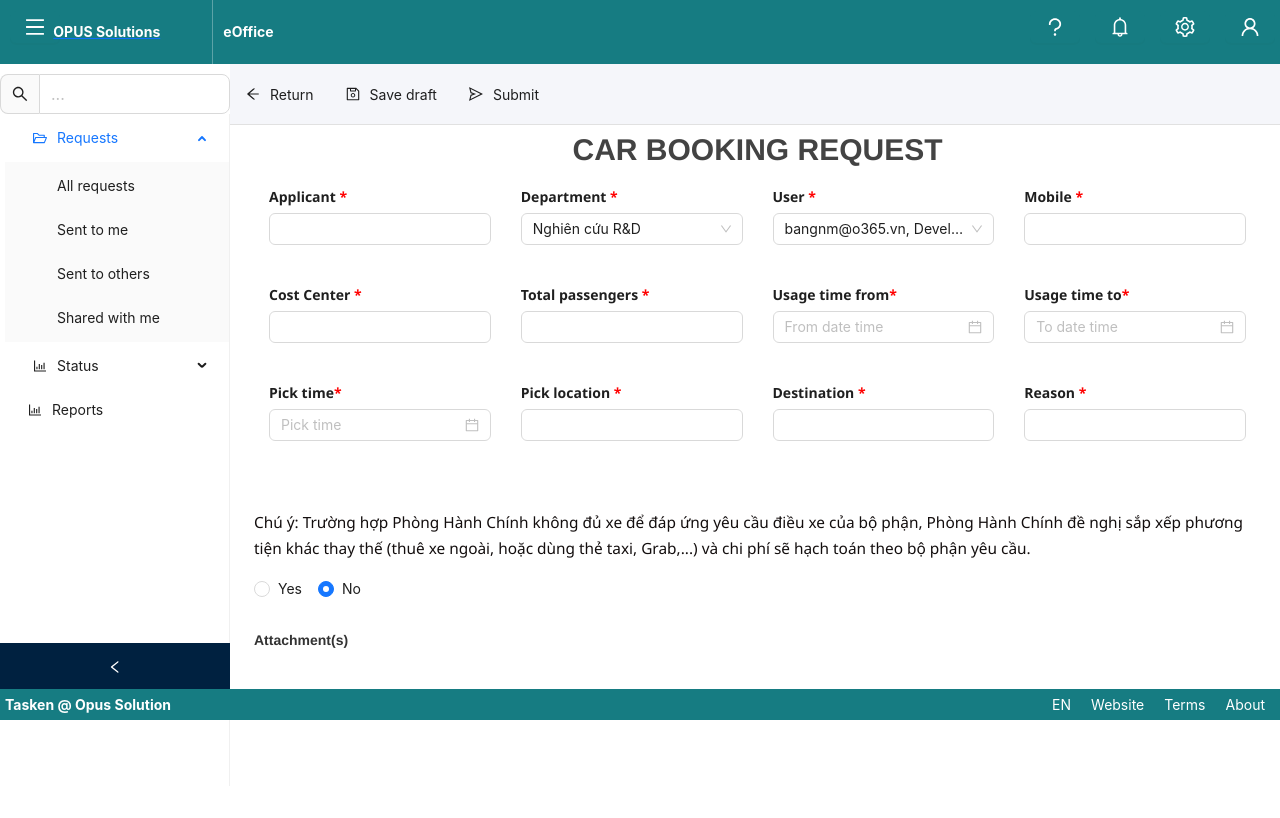
Repository: vannam272008/car-booking
Page: /request/addrequest
An editor plug-in stored every save of this project. The page is shown before and after a run of saves, followed by the edit.
The browser window is 1280 px wide. The pictures show the whole page.
The project was rebuilt for these pictures with package versions that can differ from the ones it lists, and the page was loaded fresh each time. Also part of the build but not shown: src/Components/DetailRequest/Comments/comment.tsx, src/Components/DetailRequest/Menu/menu.tsx, src/Components/DetailRequest/Detail/detail.tsx, src/Pages/ManageRequest/index.css, src/Pages/ManageRequest/ManageRequest.tsx, src/Components/AddRequest/AddRequest/addRequest.css. Imported but missing from the stored project, and not drawn on this page: src/Pages/Home.

Above is the page before, as saved 2023-07-06 17:09:48.

After the next 2 saves:
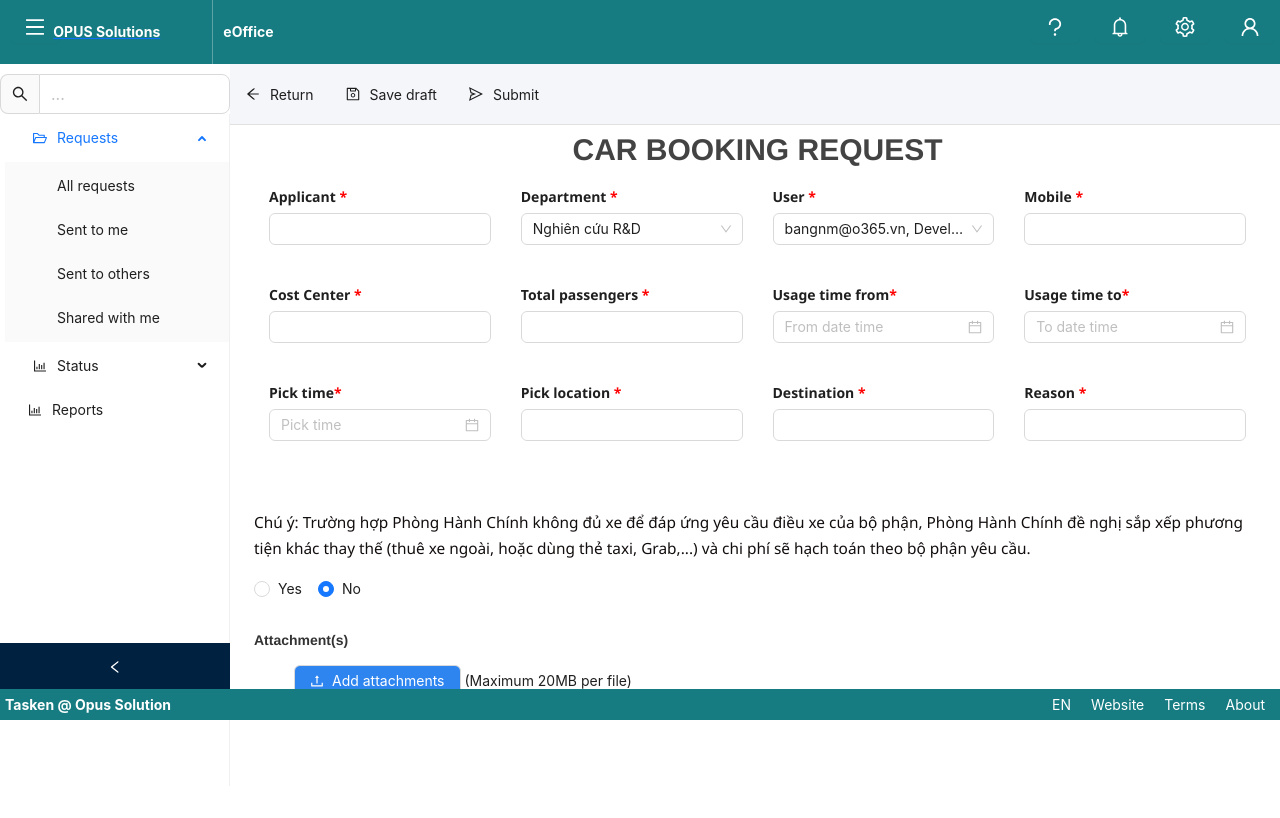
The 2 saves are shown as one change because 1 did not build or start.
The last was saved 75 s later.
--- a/src/Components/AddRequest/AddRequest/index.tsx
+++ b/src/Components/AddRequest/AddRequest/index.tsx
@@ -1,8 +1,9 @@
 import React, { useState } from 'react';
 import MenuAdd from '../MenuAdd';
 import RequestLayout from '../../RequestLayout';
-import { Col, Input, Row, Form, Select, DatePicker, Radio, RadioChangeEvent } from 'antd';
+import { Col, Input, Row, Form, Select, DatePicker, Radio, RadioChangeEvent, Upload, Button } from 'antd';
 import './addRequest.css'
+import { UploadOutlined } from '@ant-design/icons';
 
 
 function AddRequest(): JSX.Element {
@@ -191,6 +192,12 @@ function AddRequest(): JSX.Element {
                         <div className='Attachment'>
                             <b>Attachment(s)</b>
                         </div>
+                        <div className='reply-upload-comment'>
+                            <Upload className='upload-comment'>
+                                <Button icon={<UploadOutlined />} style={{ backgroundColor: 'rgb(47,133,239)', color: 'white' }}>Add attachments</Button>
+                                <span> (Maximum 20MB per file)</span>
+                            </Upload>
+                        </div>
                     </div>
                 </div>
             )
